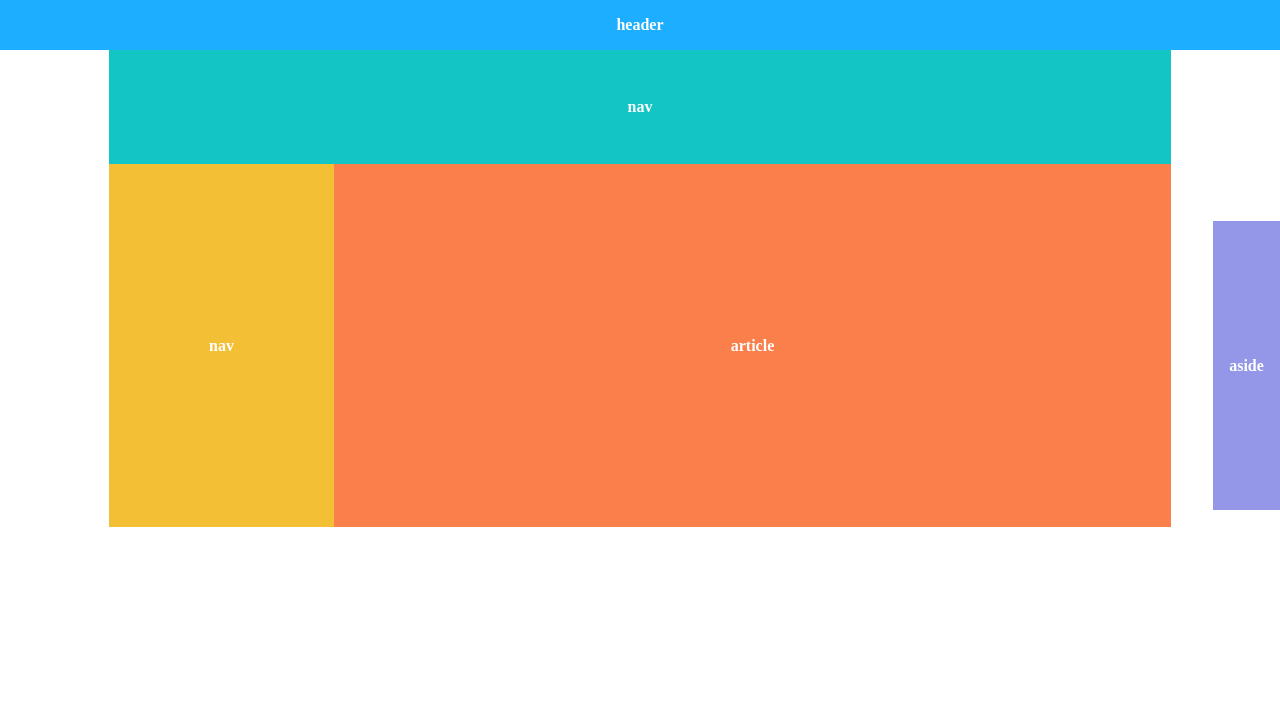
Repository: kirtonew/Compeititon2022-1
Page: node/新媒体设计/第三周/3.1/3.1.html
An editor plug-in stored every save of this project. The page is shown before and after the next save, followed by the edit.
The browser window is 1280 px wide. The pictures show the whole page.

Above is the page before, as saved 2022-09-26 17:42:48.

After the next save:
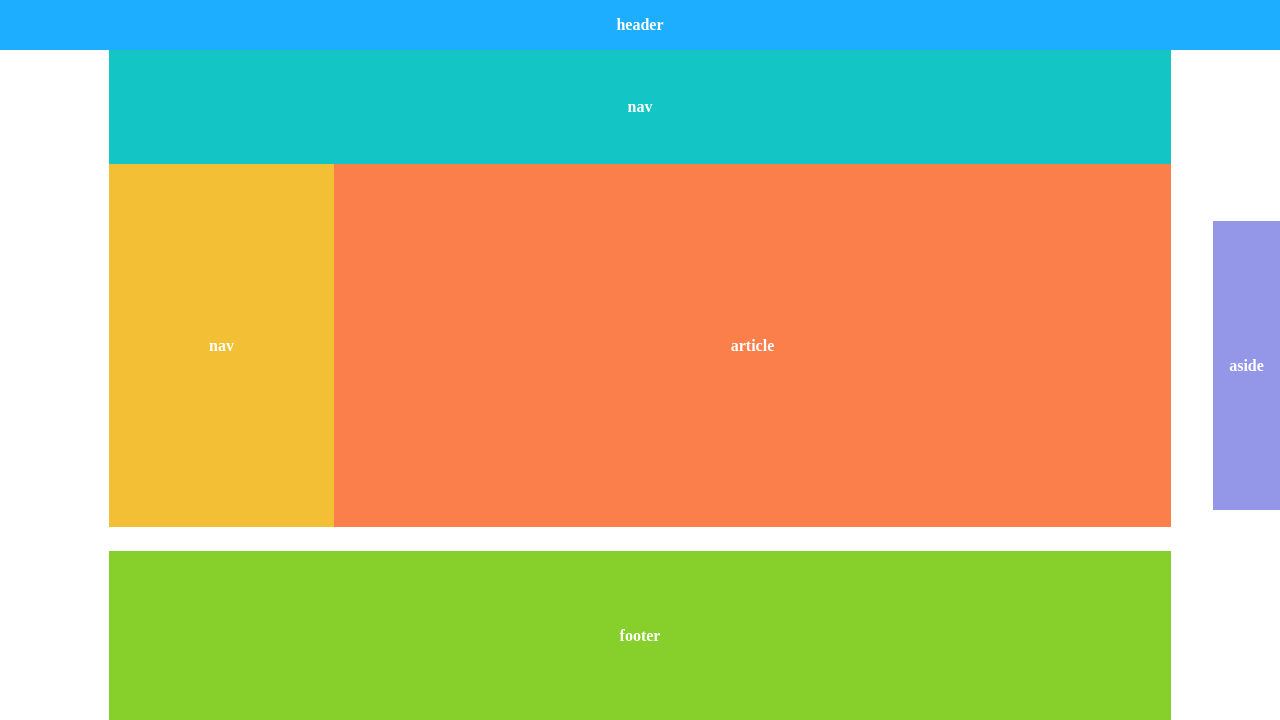
Saved 48 s later.
--- a/node/新媒体设计/第三周/3.1/3.1.css
+++ b/node/新媒体设计/第三周/3.1/3.1.css
@@ -53,7 +53,7 @@
     background-color: #9497e8;
 }
 
-.section {
+.footer {
     width: 1062px;
     margin: 0 auto;
     line-height: 169px;
